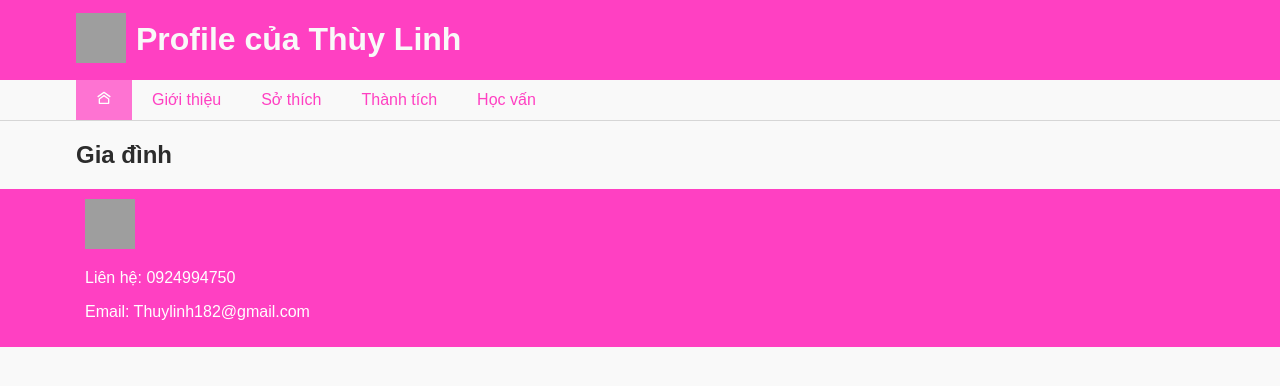
Repository: DucLong-PD07979/profile-vu-thuy-linh
Page: gia-dinh.html
An editor plug-in stored every save of this project. The page is shown before and after the next save, followed by the edit.
The browser window is 1280 px wide. The pictures show the whole page.
Pictures or frames that could not be fetched are drawn as grey boxes.

Above is the page before, as saved 2025-03-08 21:40:53.
Not found: script.js

### gia-dinh.html
<!DOCTYPE html>
<html lang="vi">
    <head>
        <meta charset="UTF-8" />
        <meta name="viewport" content="width=device-width, initial-scale=1.0" />
        <title>Profile của Thùy Linh</title>
        <link rel="stylesheet" href="./css/main.css" />
        <script defer src="script.js"></script>
    </head>
    <body>
        <header>
            <div class="container">
                <div class="logo">
                    <img
                        src="https://encrypted-tbn0.gstatic.com/images?q=tbn:ANd9GcQHs0UoAlT72hduByWmi6BstIWlXX2zQqTC_Q&s"
                        alt="Logo"
                    />
                </div>
                <h1>Profile của Thùy Linh</h1>
            </div>
        </header>
        <div class="menu-list">
            <div class="container">
                <nav>
                    <ul>
                        <li>
                            <a href="./index.html" class="active">
                                <svg
                                    xmlns="http://www.w3.org/2000/svg"
                                    viewBox="0 0 24 24"
                                    fill="currentColor"
                                >
                                    <path
                                        d="M12.5812 2.68627C12.2335 2.43791 11.7664 2.43791 11.4187 2.68627L1.9187 9.47198L3.08118 11.0994L11.9999 4.7289L20.9187 11.0994L22.0812 9.47198L12.5812 2.68627ZM19.5812 12.6863L12.5812 7.68627C12.2335 7.43791 11.7664 7.43791 11.4187 7.68627L4.4187 12.6863C4.15591 12.874 3.99994 13.177 3.99994 13.5V20C3.99994 20.5523 4.44765 21 4.99994 21H18.9999C19.5522 21 19.9999 20.5523 19.9999 20V13.5C19.9999 13.177 19.844 12.874 19.5812 12.6863ZM5.99994 19V14.0146L11.9999 9.7289L17.9999 14.0146V19H5.99994Z"
                                    ></path>
                                </svg>
                            </a>
                        </li>
                        <li>
                            <a href="./ban-than.html">Giới thiệu</a>
                            <ul class="menu-children">
                                <li><a href="./ban-than.html">Bản thân</a></li>
                                <li><a href="./gia-dinh.html">Gia đình</a></li>
                            </ul>
                        </li>
                        <li><a href="./so-thich.html">Sở thích</a></li>
                        <li><a href="./thanh-tich.html">Thành tích</a></li>
                        <li><a href="#education">Học vấn</a></li>
                    </ul>
                </nav>
            </div>
        </div>
        <section>
            <div class="container">
                <h2>Gia đình</h2>
                <div class="family-section-content">
                    <div class="box"></div>
                    <div class="box"></div>
                    <div class="box"></div>
                    <div class="box"></div>
                </div>
            </div>
        </section>
        <footer>
            <div class="container">
                <div class="logo">
                    <img
                        src="https://encrypted-tbn0.gstatic.com/images?q=tbn:ANd9GcQHs0UoAlT72hduByWmi6BstIWlXX2zQqTC_Q&s"
                        alt="Logo"
                    />
                </div>
                <p>Liên hệ: 0924994750</p>
                <p>Email: Thuylinh182@gmail.com</p>
            </div>
        </footer>
    </body>
</html>
<!-- https://profile-vu-thuy-linh.vercel.app/ -->

### css/main.css
* {
    box-sizing: border-box;
}

body {
    font-family: Arial, sans-serif;
    margin: 0;
    padding: 0;
    background-color: #f9f9f9;
    color: #2c2c2c;
}

.container {
    margin: 0 5%;
    padding: 0 12px;
}

header {
    background-color: #ff40c2;
    color: #f9f9f9;
}

header .container {
    display: flex;
    align-items: center;
}

.logo img {
    width: 50px;
    height: 50px;
    margin-right: 10px;
}

.menu-list {
    color: #ff40c2;
    border-bottom: 1px solid #d6d6d6;
}

nav ul {
    list-style: none;
    padding: 0;
    display: flex;
    align-items: center;
    margin: 0;
}

nav ul li {
    display: inline;
    position: relative;
}

nav ul li a {
    color: #ff40c2;
    text-decoration: none;
    padding: 10px 20px;
    display: block;
    font-size: 16px;
    transition: all 0.1s linear;
}

nav ul li a.active {
    background-color: #fe73d2;
}

nav ul li a svg {
    width: 16px;
    height: 16px;
    color: #ffffff;
}

nav ul li a:hover {
    color: white;
    background-color: #fe73d2;
}

.menu-children {
    position: absolute;
    z-index: 9;
    top: 100%;
    display: none;
    background-color: #f9f9f9;
}

nav ul li:hover .menu-children {
    display: block;
}

.participation-section {
    display: grid;
    gap: 10px;
    grid-template-columns: 1fr 1fr 1fr 1fr 1fr;
}

.item-1 {
    grid-column: 1 / 5;
    display: grid;
    grid-template-columns: 1fr 1fr;
    gap: 10px;
    width: 100%;
}

.item-2 {
    grid-column: 5 / 6;
}

.participation-section .item-1 img {
    width: 100%;
    height: 300px;
}

.participation-section .item-2 img {
    width: 100%;
    height: 240px;
    margin-bottom: 10px;
}

.participation-content {
    width: 100%;
}

.participation-content a {
    color: #404042;
    display: block;
    padding: 6px 0;
}

.participation-content a:hover {
    color: #fe73d2;
    text-decoration: underline;
}

/* giới thiệu bản thân */
#introduce-section {
    background-color: #fbdce2;
    width: 100%;
    padding: 20px 0;
}

.introduce-section-content {
    display: grid;
    grid-template-columns: 1fr 1fr;
    gap: 10px;
    align-items: center;
}

.introduce-section-content .box .gallery {
    width: 100%;
}

.introduce-section-content .box .gallery img {
    width: 100%;
    height: 400px;
    object-fit: fill;
}

.introduce-section-content .item-3 {
    grid-column: 1 /3;
    display: grid;
    gap: 20px;
    grid-template-columns: 1fr 1fr 1fr;
}

.introduce-section-content img {
    width: 100%;
    height: 600px;
    margin: 50px 0;
}

/* gia dinh */

#family-section{
    background-color: #cb73fe;
}

footer {
    background-color: #ff40c2;
    color: white;
    padding: 10px;
}

After the next save:
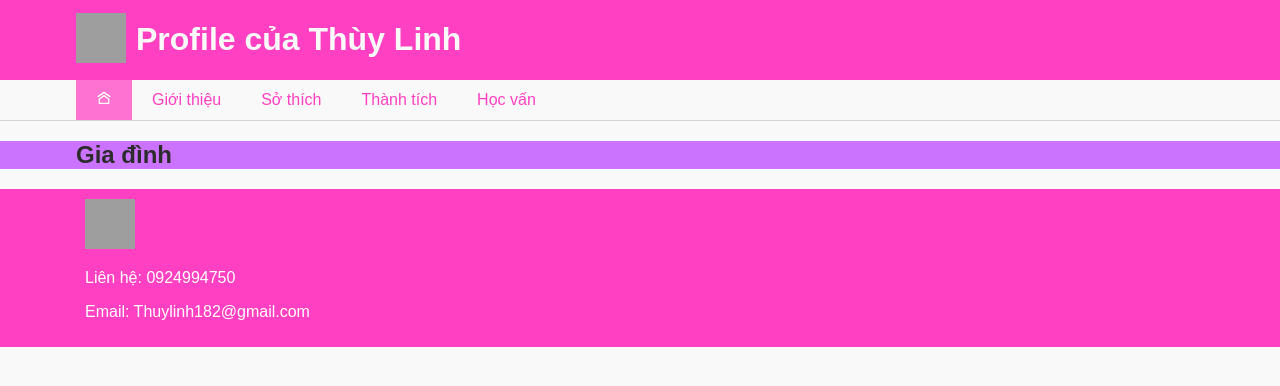
Saved 5 s later.
--- a/gia-dinh.html
+++ b/gia-dinh.html
@@ -50,7 +50,7 @@
                 </nav>
             </div>
         </div>
-        <section>
+        <section id="family-section">
             <div class="container">
                 <h2>Gia đình</h2>
                 <div class="family-section-content">
